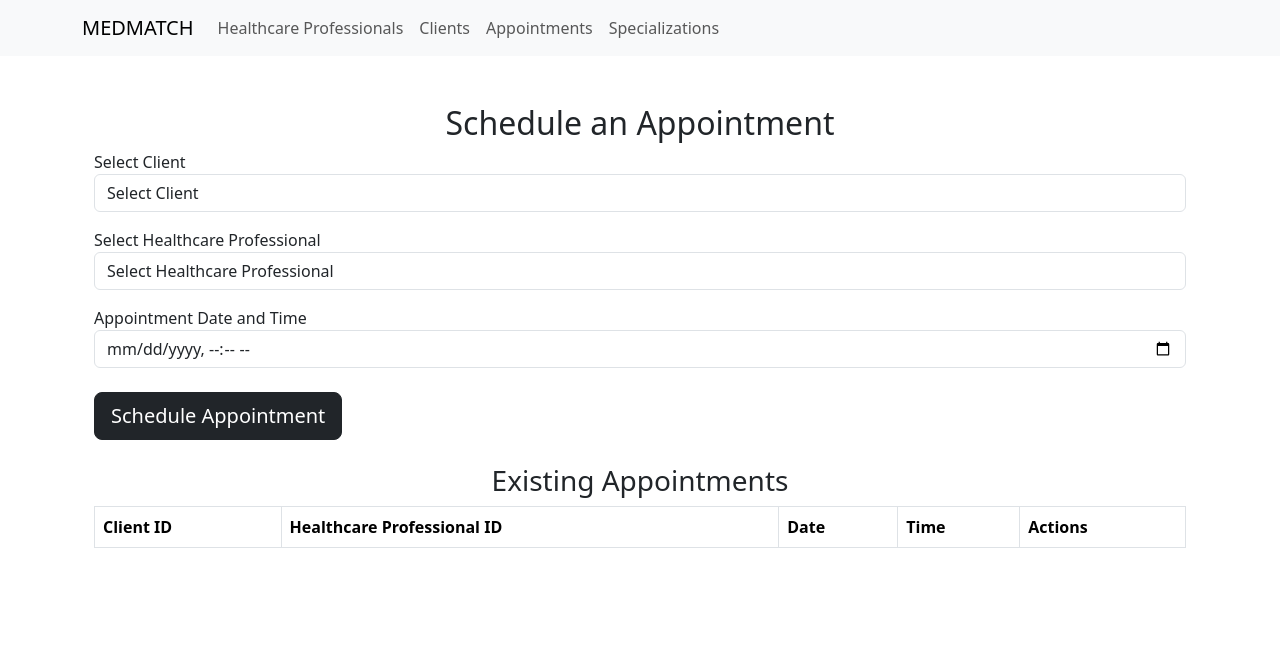
Repository: fahma20/medmatch-platform
Page: /appointments (app in client/)
These files come from the project's save history. The page is drawn as it stood at one moment and after a run of saves; the edit follows.
The browser window is 1280 px wide. The pictures show the whole page.
The page's requests for data from a server got no answer. The project was rebuilt for these pictures with package versions that can differ from the ones it lists, and the page was loaded fresh each time. No one was signed in, and anything a server would have sent is missing. Also part of the build but not shown: client/src/components/Healthcareprofessionals.js, client/src/components/Specializations.js, client/src/components/Clients.js, client/src/components/Homepage.js.

Above is the page before, as saved 2025-02-01 15:06:06.

After the next 2 saves:
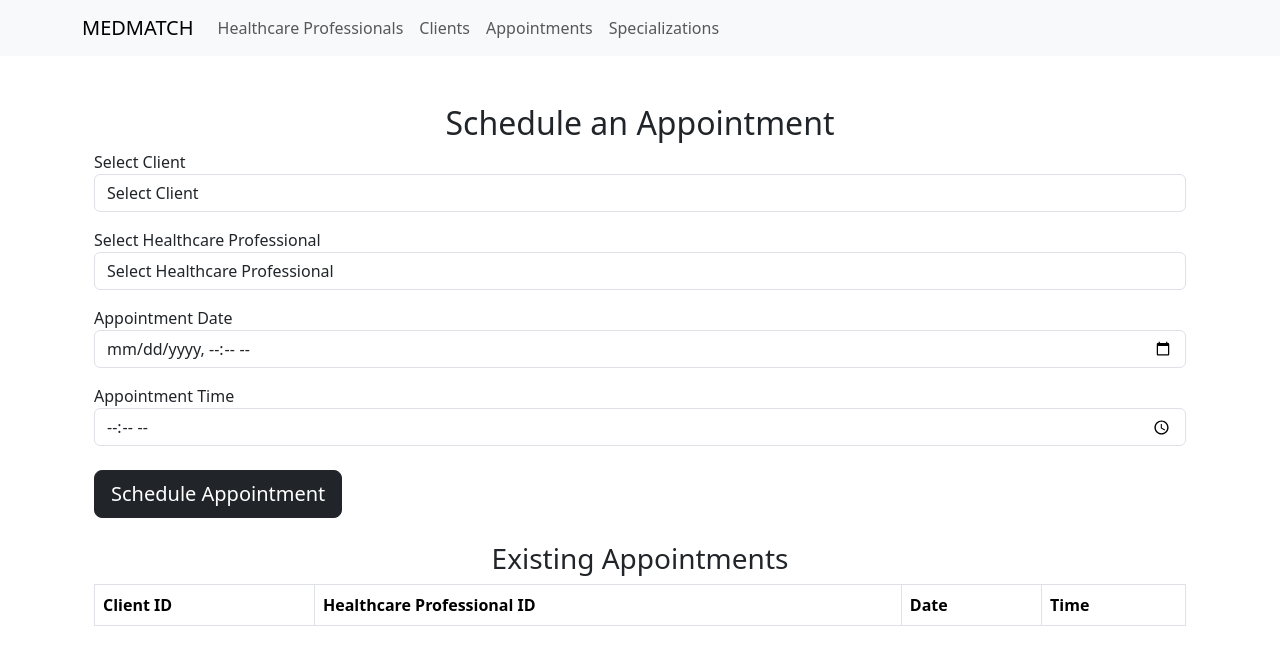
The 2 saves are shown as one change because they came seconds apart.
The last was saved 9 min 45 s later.
--- a/client/src/components/Appointments.js
+++ b/client/src/components/Appointments.js
@@ -165,6 +165,7 @@ const Appointments = () => {
   const [professionals, setProfessionals] = useState([]);
   const [appointments, setAppointments] = useState([]);
   const [appointmentDate, setAppointmentDate] = useState('');
+  const [appointmentTime, setAppointmentTime] = useState('');
   const [clientId, setClientId] = useState('');
   const [professionalId, setProfessionalId] = useState('');
   const [message, setMessage] = useState('');
@@ -201,7 +202,8 @@ const Appointments = () => {
     const newAppointment = {
       client_id: clientId,
       healthcare_professional_id: professionalId,
-      date: appointmentDate, // Make sure the date is in the correct format
+      date: appointmentDate,
+      time: appointmentTime,
     };
 
     try {
@@ -215,7 +217,8 @@ const Appointments = () => {
 
       if (response.ok) {
         const result = await response.json();
-        setAppointments((prevAppointments) => [...prevAppointments, result]); // Add new appointment to state without refreshing
+        // Add the newly created appointment to the appointments list without refreshing
+        setAppointments((prevAppointments) => [...prevAppointments, result]);
         setMessage('Appointment scheduled successfully!');
         resetForm();
       } else {
@@ -226,29 +229,11 @@ const Appointments = () => {
     }
   };
 
-  // Reset form fields after submission
   const resetForm = () => {
     setClientId('');
     setProfessionalId('');
     setAppointmentDate('');
-  };
-
-  // Handle appointment deletion
-  const handleDelete = async (appointmentId) => {
-    try {
-      const response = await fetch(`http://127.0.0.1:5000/api/appointments/${appointmentId}`, {
-        method: 'DELETE',
-      });
-
-      if (response.ok) {
-        setAppointments((prevAppointments) => prevAppointments.filter(appointment => appointment.id !== appointmentId));
-        setMessage('Appointment deleted successfully!');
-      } else {
-        setMessage('Error deleting the appointment.');
-      }
-    } catch (error) {
-      setMessage('Error connecting to the server while deleting.');
-    }
+    setAppointmentTime('');
   };
 
   return (
@@ -286,12 +271,22 @@ const Appointments = () => {
           </select>
         </div>
         <div className="form-group mt-3">
-          <label>Appointment Date and Time</label>
+          <label>Appointment Date</label>
           <input
             type="datetime-local"
             className="form-control"
             value={appointmentDate}
             onChange={(e) => setAppointmentDate(e.target.value)}
+            required
+          />
+        </div>
+        <div className="form-group mt-3">
+          <label>Appointment Time</label>
+          <input
+            type="time"
+            className="form-control"
+            value={appointmentTime}
+            onChange={(e) => setAppointmentTime(e.target.value)} // Set the time properly
             required
           />
         </div>
@@ -311,7 +306,6 @@ const Appointments = () => {
               <th>Healthcare Professional ID</th>
               <th>Date</th>
               <th>Time</th>
-              <th>Actions</th>
             </tr>
           </thead>
           <tbody>
@@ -321,14 +315,6 @@ const Appointments = () => {
                 <td>{appointment.healthcare_professional_id}</td>
                 <td>{appointment.date}</td>
                 <td>{appointment.time}</td>
-                <td>
-                  <button
-                    className="btn btn-danger"
-                    onClick={() => handleDelete(appointment.id)}
-                  >
-                    Delete
-                  </button>
-                </td>
               </tr>
             ))}
           </tbody>
